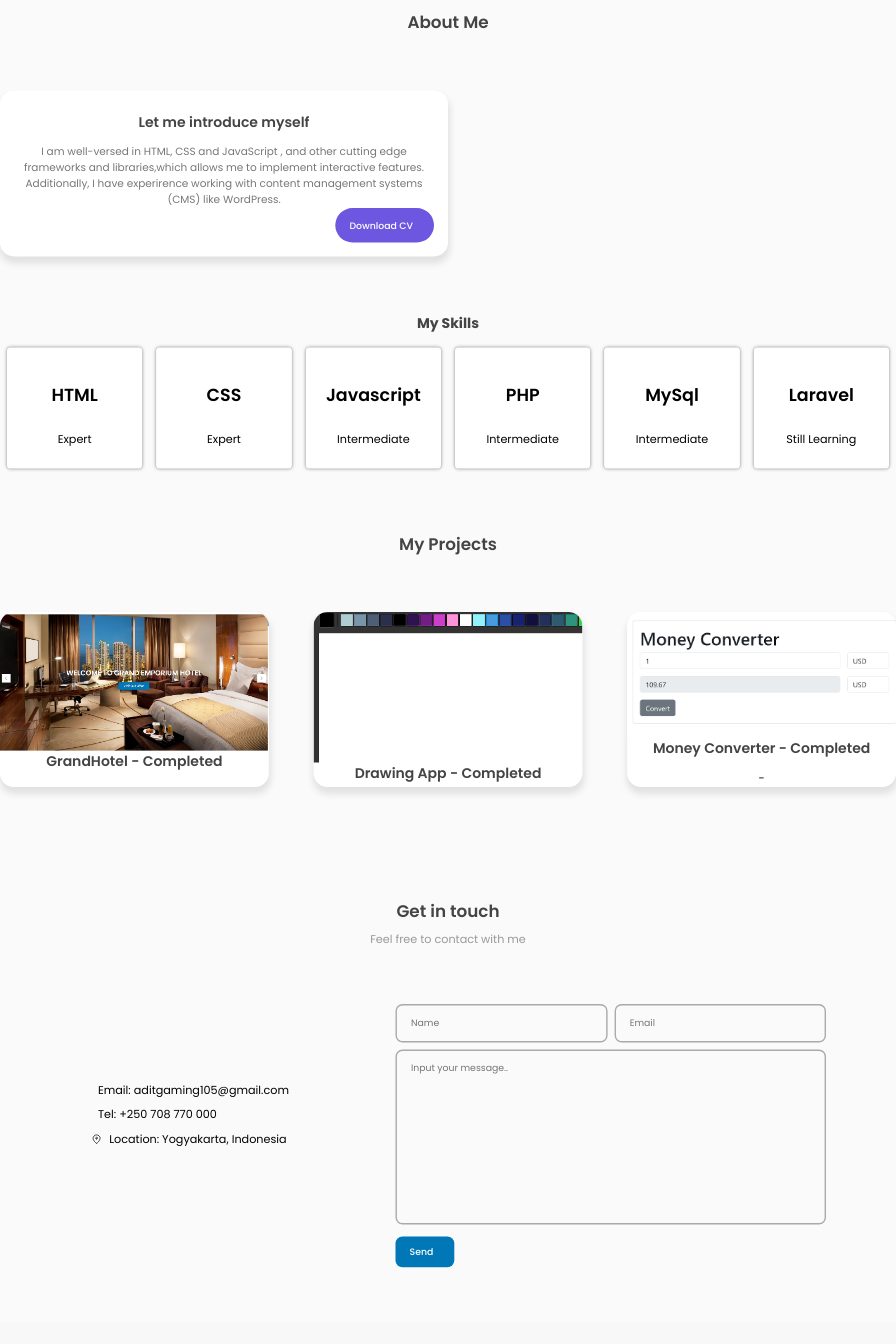
Repository: 4Kbrain/Portofolio
Page: index.html
An editor plug-in stored every save of this project. The page is shown before and after the next save, followed by the edit.
The browser window is 1280 px wide. The pictures show the part of the page from y = 785 to 2705 px (the page is 3000 px tall), at 70% of full size.
Some icons come from a web library that is not loaded, so they are not drawn.

Above is the page before, as saved 2024-05-15 17:50:57.
Console error: ReferenceError: ScrollReveal is not defined

After the next save:
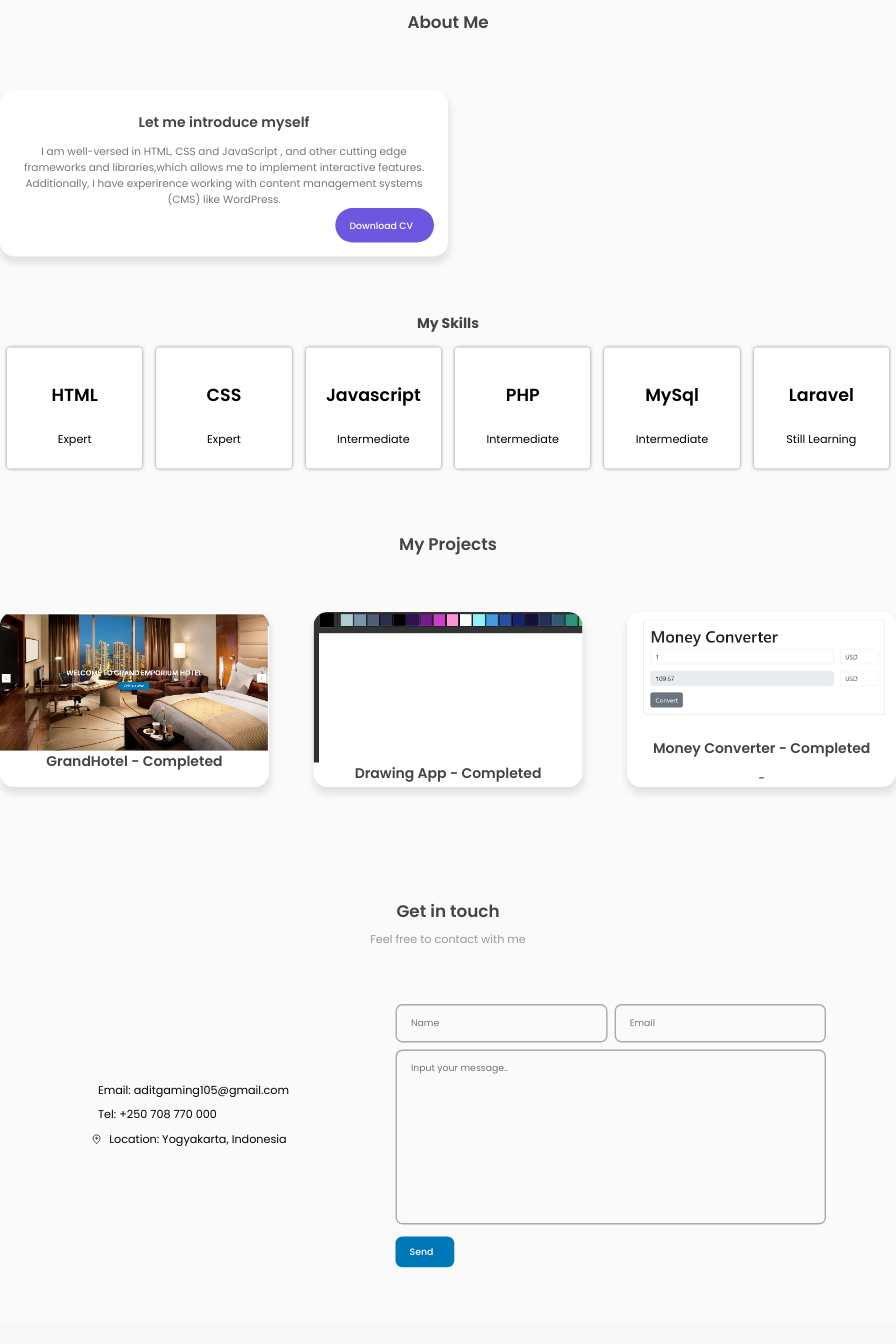
Saved 11 s later.
--- a/index.html
+++ b/index.html
@@ -190,6 +190,7 @@
             </div>
             <div class="project-box">
                 <img src="assets/img/money.png" alt="3" class="project-image">
+                <h3 class="clear"></h3>
                 <h3>Money Converter - Completed</h3>
                 <label> - </label>
             </div>

After the save that followed:
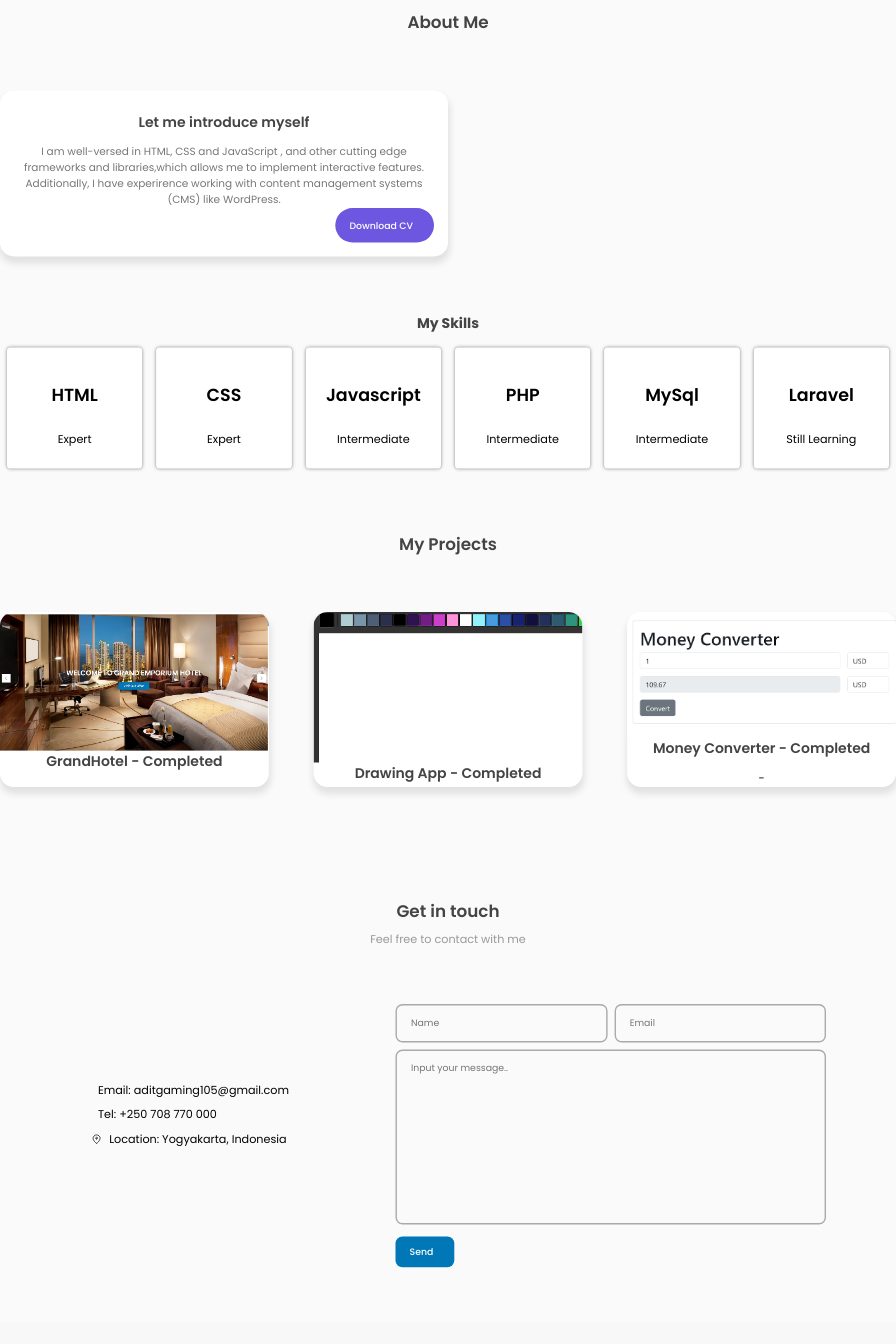
Saved 6 s later.
--- a/index.html
+++ b/index.html
@@ -190,7 +190,6 @@
             </div>
             <div class="project-box">
                 <img src="assets/img/money.png" alt="3" class="project-image">
-                <h3 class="clear"></h3>
                 <h3>Money Converter - Completed</h3>
                 <label> - </label>
             </div>
